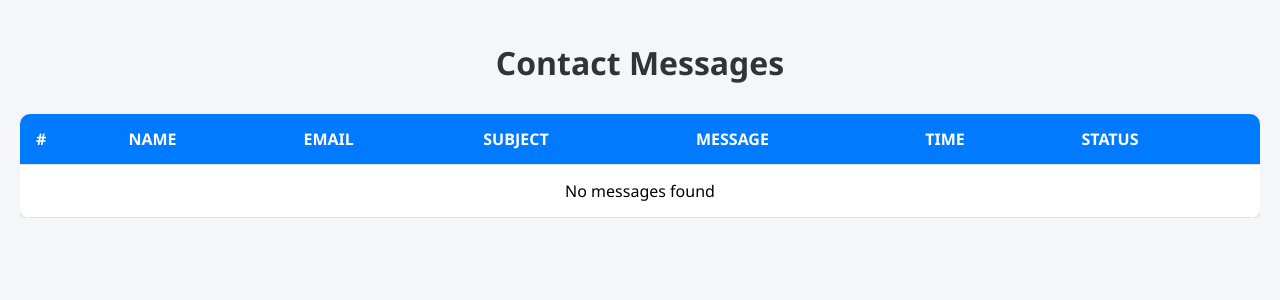
Repository: Tarek648/Spectrum
Page: http://localhost/admin/contact.php
An editor plug-in stored every save of this project. The page is shown before and after the next save, followed by the edit.
The browser window is 1280 px wide. The pictures show the whole page.
The page is run by PHP 8.4 with error messages shown; the project is at /var/www/html/. config.php is not in the repository; a stand-in opens the database connection. The session is filled in as if someone had signed in: {"admin_logged_in": true}. Other server files are loaded and not shown. Queries for data that is not in the repository find no rows.

Above is the page before, as saved 2025-09-17 13:47:10.

### well-known (5)/spectrum/admin/contact.php
<?php
session_start();

include('../config.php');

// Only logged-in admins can access
if (!isset($_SESSION['admin_logged_in'])) {
    header("Location: login.php");
    exit;
}

// Fetch all messages
$sql = "SELECT * FROM contact_messages ORDER BY created_at DESC";
$result = $conn->query($sql);
?>
<!DOCTYPE html>
<html lang="en">
<head>
<meta charset="UTF-8">
<meta name="viewport" content="width=device-width, initial-scale=1.0">
<title>Admin - Contact Messages</title>
<link rel="stylesheet" href="https://cdnjs.cloudflare.com/ajax/libs/font-awesome/6.5.0/css/all.min.css">
<style>
/* General Styles */
body {
    font-family: 'Segoe UI', Tahoma, Geneva, Verdana, sans-serif;
    background-color: #f4f6f8;
    margin: 0;
    padding: 20px;
}
h1 {
    text-align: center;
    color: #333;
    margin-bottom: 30px;
}

/* Table Container */
.table-container {
    overflow-x: auto;
}

/* Table Styles */
table {
    width: 100%;
    border-collapse: collapse;
    background-color: #fff;
    border-radius: 10px;
    overflow: hidden;
    box-shadow: 0 6px 20px rgba(0,0,0,0.1);
}
table th, table td {
    padding: 14px 16px;
    border-bottom: 1px solid #e0e0e0;
    text-align: left;
}
table th {
    background-color: #007bff;
    color: #fff;
    font-weight: 600;
    text-transform: uppercase;
}
tr:nth-child(even) {
    background-color: #f9f9f9;
}
tr:hover {
    background-color: #f1faff;
}

/* Highlight unread messages */
tr.new-message {
    font-weight: bold;
    background-color: #fff0f0;
}

/* Status Labels */
td span {
    font-weight: bold;
}
.status-new {
    color: #d9534f;
}
.status-read {
    color: #28a745;
}

/* Responsive */
@media (max-width: 768px) {
    table th, table td {
        padding: 10px;
        font-size: 14px;
    }
}
</style>
</head>
<body>

<h1>Contact Messages</h1>

<div class="table-container">
<table>
    <thead>
        <tr>
            <th>#</th>
            <th>Name</th>
            <th>Email</th>
            <th>Subject</th>
            <th>Message</th>
            <th>Time</th>
            <th>Status</th>
        </tr>
    </thead>
    <tbody>
    <?php if($result->num_rows > 0): ?>
        <?php while($row = $result->fetch_assoc()): ?>
        <tr class="<?= $row['is_read'] == 0 ? 'new-message' : '' ?>">
            <td><?= $row['id'] ?></td>
            <td><?= htmlspecialchars($row['name']) ?></td>
            <td><?= htmlspecialchars($row['email']) ?></td>
            <td><?= htmlspecialchars($row['subject']) ?></td>
            <td><?= nl2br(htmlspecialchars($row['message'])) ?></td>
            <td><?= $row['created_at'] ?></td>
            <td>
                <?php if($row['is_read'] == 0): ?>
                    <span class="status-new">New</span>
                <?php else: ?>
                    <span class="status-read">Read</span>
                <?php endif; ?>
            </td>
        </tr>
        <?php endwhile; ?>
    <?php else: ?>
        <tr><td colspan="7" style="text-align:center; padding:15px;">No messages found</td></tr>
    <?php endif; ?>
    </tbody>
</table>
</div>

</body>
</html>
<?php $conn->close(); ?>

After the next save:
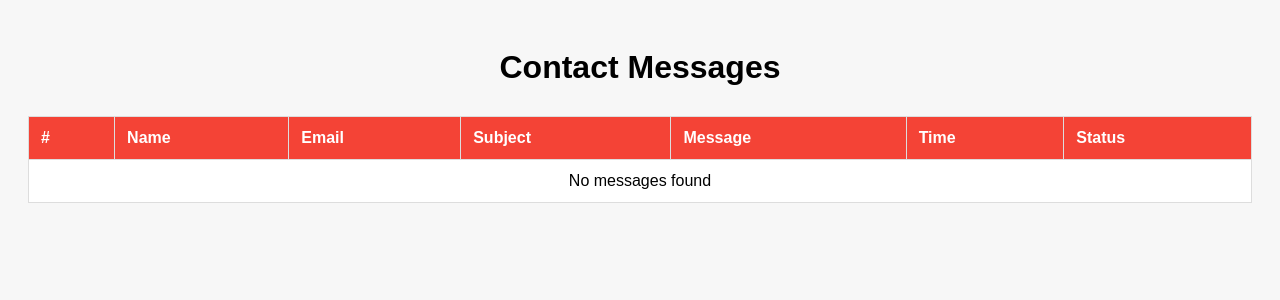
Saved 49 s later.
--- a/well-known (5)/spectrum/admin/contact.php
+++ b/well-known (5)/spectrum/admin/contact.php
@@ -8,6 +8,7 @@
     header("Location: login.php");
     exit;
 }
+
 
 // Fetch all messages
 $sql = "SELECT * FROM contact_messages ORDER BY created_at DESC";
@@ -21,82 +22,18 @@
 <title>Admin - Contact Messages</title>
 <link rel="stylesheet" href="https://cdnjs.cloudflare.com/ajax/libs/font-awesome/6.5.0/css/all.min.css">
 <style>
-/* General Styles */
-body {
-    font-family: 'Segoe UI', Tahoma, Geneva, Verdana, sans-serif;
-    background-color: #f4f6f8;
-    margin: 0;
-    padding: 20px;
-}
-h1 {
-    text-align: center;
-    color: #333;
-    margin-bottom: 30px;
-}
-
-/* Table Container */
-.table-container {
-    overflow-x: auto;
-}
-
-/* Table Styles */
-table {
-    width: 100%;
-    border-collapse: collapse;
-    background-color: #fff;
-    border-radius: 10px;
-    overflow: hidden;
-    box-shadow: 0 6px 20px rgba(0,0,0,0.1);
-}
-table th, table td {
-    padding: 14px 16px;
-    border-bottom: 1px solid #e0e0e0;
-    text-align: left;
-}
-table th {
-    background-color: #007bff;
-    color: #fff;
-    font-weight: 600;
-    text-transform: uppercase;
-}
-tr:nth-child(even) {
-    background-color: #f9f9f9;
-}
-tr:hover {
-    background-color: #f1faff;
-}
-
-/* Highlight unread messages */
-tr.new-message {
-    font-weight: bold;
-    background-color: #fff0f0;
-}
-
-/* Status Labels */
-td span {
-    font-weight: bold;
-}
-.status-new {
-    color: #d9534f;
-}
-.status-read {
-    color: #28a745;
-}
-
-/* Responsive */
-@media (max-width: 768px) {
-    table th, table td {
-        padding: 10px;
-        font-size: 14px;
-    }
-}
+body { font-family: Arial, sans-serif; padding: 20px; background: #f7f7f7; }
+h1 { text-align: center; margin-bottom: 30px; }
+table { width: 100%; border-collapse: collapse; background: #fff; }
+table th, table td { padding: 12px; border: 1px solid #ddd; text-align: left; }
+table th { background: #f44336; color: #fff; }
+tr:nth-child(even) { background: #f2f2f2; }
+.new-message { font-weight: bold; background-color: #ffe5e5; } /* highlight new messages */
 </style>
 </head>
 <body>
-
 <h1>Contact Messages</h1>
 
-<div class="table-container">
 <table>
     <thead>
         <tr>
@@ -119,21 +56,14 @@
             <td><?= htmlspecialchars($row['subject']) ?></td>
             <td><?= nl2br(htmlspecialchars($row['message'])) ?></td>
             <td><?= $row['created_at'] ?></td>
-            <td>
-                <?php if($row['is_read'] == 0): ?>
-                    <span class="status-new">New</span>
-                <?php else: ?>
-                    <span class="status-read">Read</span>
-                <?php endif; ?>
-            </td>
+            <td><?= $row['is_read'] == 0 ? 'New' : 'Read' ?></td>
         </tr>
         <?php endwhile; ?>
     <?php else: ?>
-        <tr><td colspan="7" style="text-align:center; padding:15px;">No messages found</td></tr>
+        <tr><td colspan="7" style="text-align:center;">No messages found</td></tr>
     <?php endif; ?>
     </tbody>
 </table>
-</div>
 
 </body>
 </html>

After the save that followed:
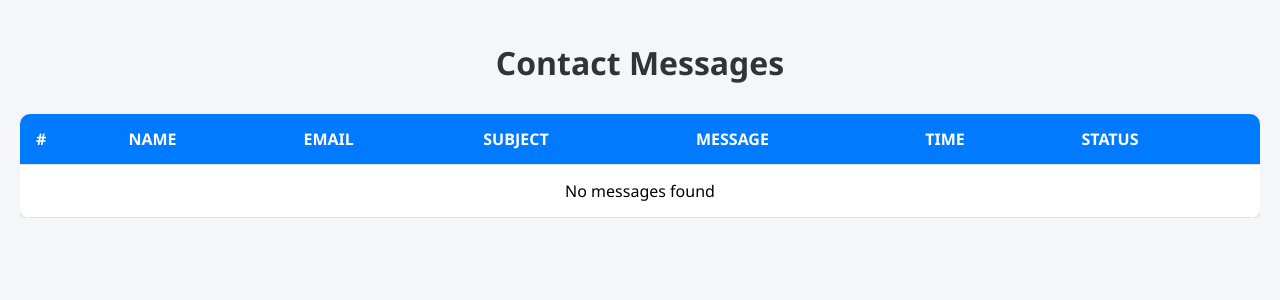
Saved 10 s later.
--- a/well-known (5)/spectrum/admin/contact.php
+++ b/well-known (5)/spectrum/admin/contact.php
@@ -8,7 +8,6 @@
     header("Location: login.php");
     exit;
 }
-
 
 // Fetch all messages
 $sql = "SELECT * FROM contact_messages ORDER BY created_at DESC";
@@ -22,18 +21,82 @@
 <title>Admin - Contact Messages</title>
 <link rel="stylesheet" href="https://cdnjs.cloudflare.com/ajax/libs/font-awesome/6.5.0/css/all.min.css">
 <style>
-body { font-family: Arial, sans-serif; padding: 20px; background: #f7f7f7; }
-h1 { text-align: center; margin-bottom: 30px; }
-table { width: 100%; border-collapse: collapse; background: #fff; }
-table th, table td { padding: 12px; border: 1px solid #ddd; text-align: left; }
-table th { background: #f44336; color: #fff; }
-tr:nth-child(even) { background: #f2f2f2; }
-.new-message { font-weight: bold; background-color: #ffe5e5; } /* highlight new messages */
+/* General Styles */
+body {
+    font-family: 'Segoe UI', Tahoma, Geneva, Verdana, sans-serif;
+    background-color: #f4f6f8;
+    margin: 0;
+    padding: 20px;
+}
+h1 {
+    text-align: center;
+    color: #333;
+    margin-bottom: 30px;
+}
+
+/* Table Container */
+.table-container {
+    overflow-x: auto;
+}
+
+/* Table Styles */
+table {
+    width: 100%;
+    border-collapse: collapse;
+    background-color: #fff;
+    border-radius: 10px;
+    overflow: hidden;
+    box-shadow: 0 6px 20px rgba(0,0,0,0.1);
+}
+table th, table td {
+    padding: 14px 16px;
+    border-bottom: 1px solid #e0e0e0;
+    text-align: left;
+}
+table th {
+    background-color: #007bff;
+    color: #fff;
+    font-weight: 600;
+    text-transform: uppercase;
+}
+tr:nth-child(even) {
+    background-color: #f9f9f9;
+}
+tr:hover {
+    background-color: #f1faff;
+}
+
+/* Highlight unread messages */
+tr.new-message {
+    font-weight: bold;
+    background-color: #fff0f0;
+}
+
+/* Status Labels */
+td span {
+    font-weight: bold;
+}
+.status-new {
+    color: #d9534f;
+}
+.status-read {
+    color: #28a745;
+}
+
+/* Responsive */
+@media (max-width: 768px) {
+    table th, table td {
+        padding: 10px;
+        font-size: 14px;
+    }
+}
 </style>
 </head>
 <body>
+
 <h1>Contact Messages</h1>
 
+<div class="table-container">
 <table>
     <thead>
         <tr>
@@ -56,14 +119,21 @@
             <td><?= htmlspecialchars($row['subject']) ?></td>
             <td><?= nl2br(htmlspecialchars($row['message'])) ?></td>
             <td><?= $row['created_at'] ?></td>
-            <td><?= $row['is_read'] == 0 ? 'New' : 'Read' ?></td>
+            <td>
+                <?php if($row['is_read'] == 0): ?>
+                    <span class="status-new">New</span>
+                <?php else: ?>
+                    <span class="status-read">Read</span>
+                <?php endif; ?>
+            </td>
         </tr>
         <?php endwhile; ?>
     <?php else: ?>
-        <tr><td colspan="7" style="text-align:center;">No messages found</td></tr>
+        <tr><td colspan="7" style="text-align:center; padding:15px;">No messages found</td></tr>
     <?php endif; ?>
     </tbody>
 </table>
+</div>
 
 </body>
 </html>
